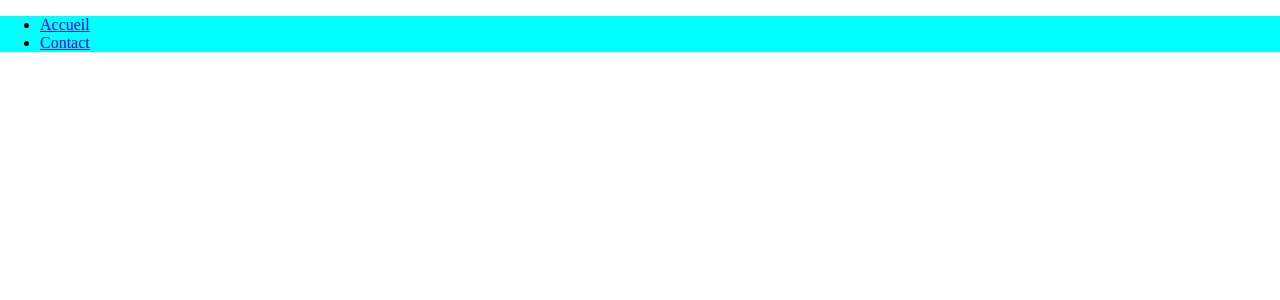
Repository: mardocheengoran/prepa-website
Page: header.html
The author's editor kept a copy of each file at every save. The page is drawn from the files as they stood at one save, then again after the next save.
The browser window is 1280 px wide. The pictures show the whole page.

Above is the page before, as saved 2025-03-19 03:21:42.

After the next save:
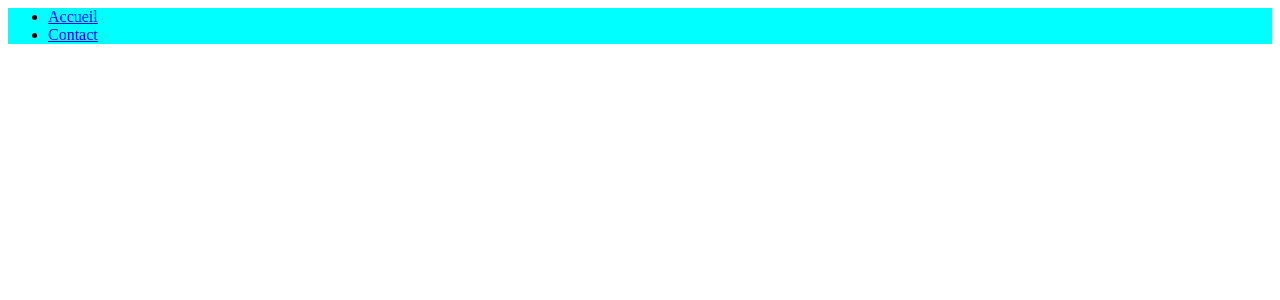
Saved 48 s later.
--- a/header.html
+++ b/header.html
@@ -1,19 +1,8 @@
-<!DOCTYPE html>
-<html lang="en">
-
-<head>
-    <meta charset="UTF-8">
-    <meta name="viewport" content="width=device-width, initial-scale=1.0">
-    <title>Accueil</title>
-    <link rel="stylesheet" href="css/style.css">
-</head>
-
-<body>
-    <header style="background-color: aqua;">
-        <nav>
-            <ul>
-                <li><a href="index.html">Accueil</a></li>
-                <li><a href="contact.html">Contact</a></li>
-            </ul>
-        </nav>
-    </header>
+<header style="background-color: aqua;">
+    <nav>
+        <ul>
+            <li><a href="index.html">Accueil</a></li>
+            <li><a href="contact.html">Contact</a></li>
+        </ul>
+    </nav>
+</header>
